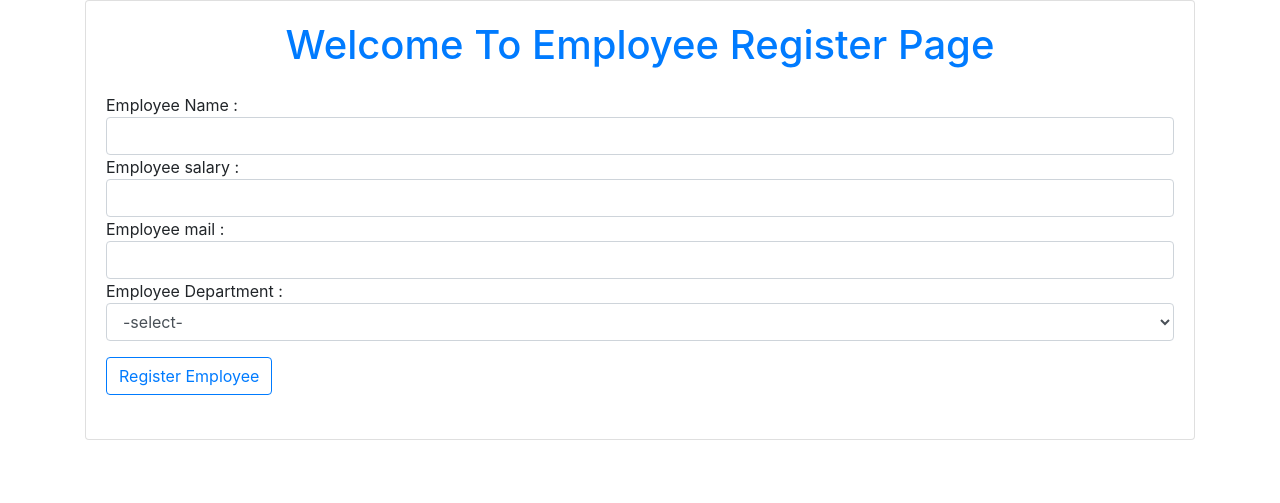
Repository: lokeshsukhwal/EmployeeMiniProject
Page: http://localhost/EmployeeRegister
These files come from the project's save history. The page is drawn as it stood at one moment and after the next save; the edit follows.
The browser window is 1280 px wide. The pictures show the whole page.
The page is this project's Thymeleaf template; nobody is signed in. The template is opened directly, without the code that normally fills it, so the values that code supplies are empty.

Above is the page before, as saved 2023-01-18 13:27:48.

After the next save:
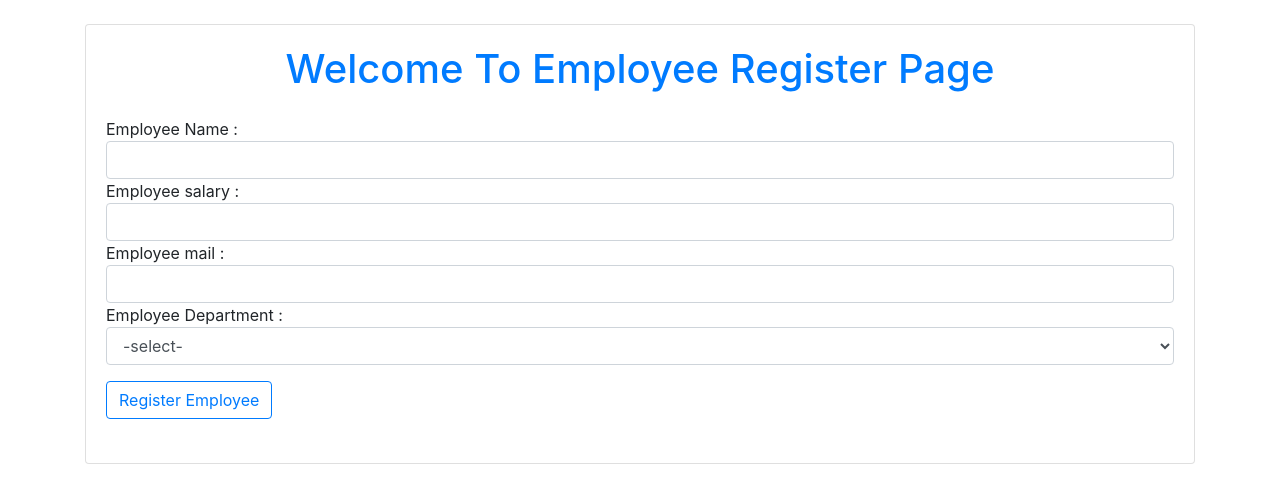
Saved 21 s later.
--- a/SpringBootMvc-ThymeleafMySqlCrudMiniProject/src/main/resources/templates/EmployeeRegister.html
+++ b/SpringBootMvc-ThymeleafMySqlCrudMiniProject/src/main/resources/templates/EmployeeRegister.html
@@ -8,7 +8,7 @@
 </head>
 <body>
 <div class="container">
-	<div class="card">
+	<div class="card mt-4">
 		<div class="card-body">
 	<h1 class=" text-primary text-center">Welcome To Employee Register Page</h1>
 		<form th:action="@{/employee/save}" method="POST" class="mt-4 form ">
